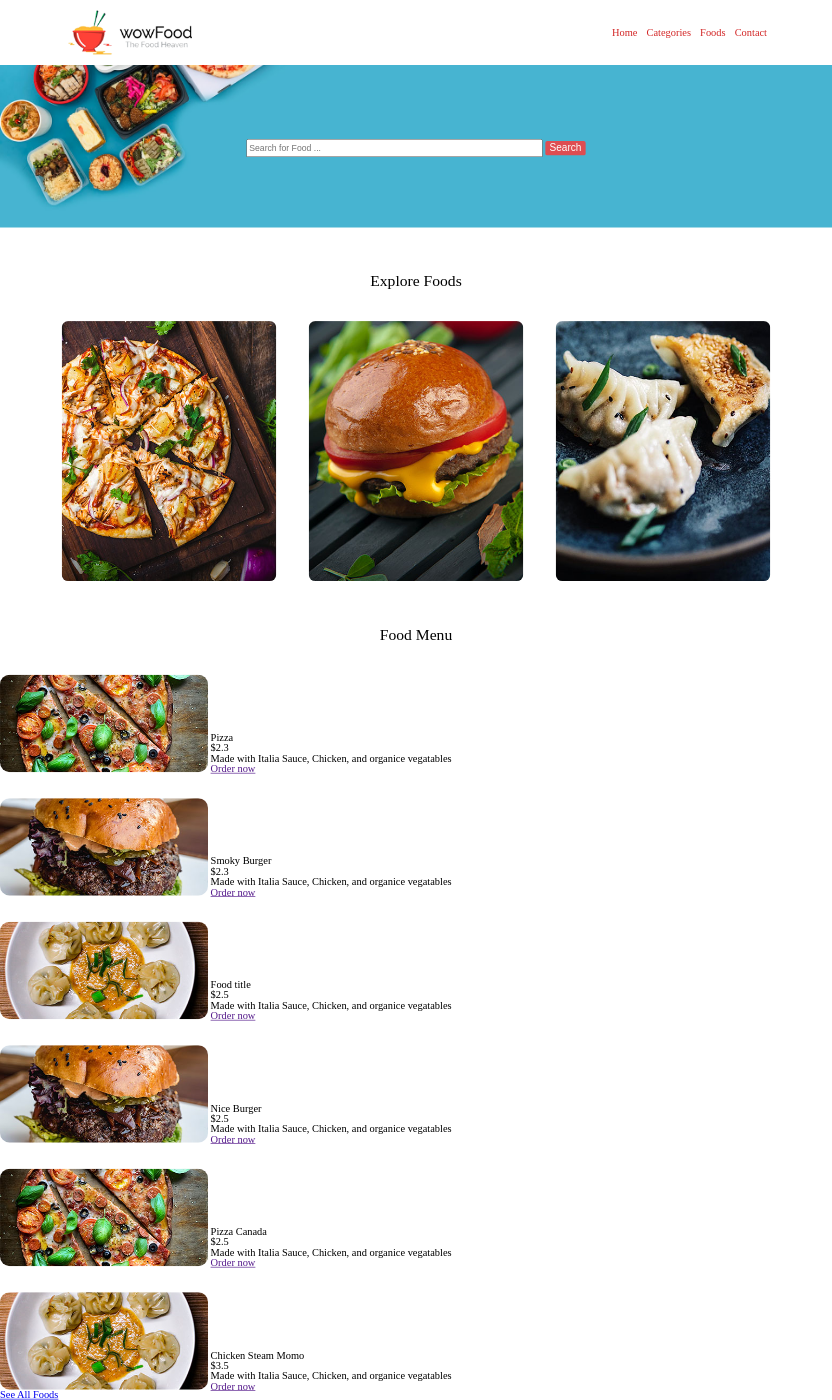
Repository: ruaruababa/WowFood
Page: index.html
An editor plug-in stored every save of this project. The page is shown before and after the next save, followed by the edit.
The browser window is 1280 px wide. The pictures show the whole page, at 65% of full size.

Above is the page before, as saved 2021-09-18 00:23:48.

After the next save:
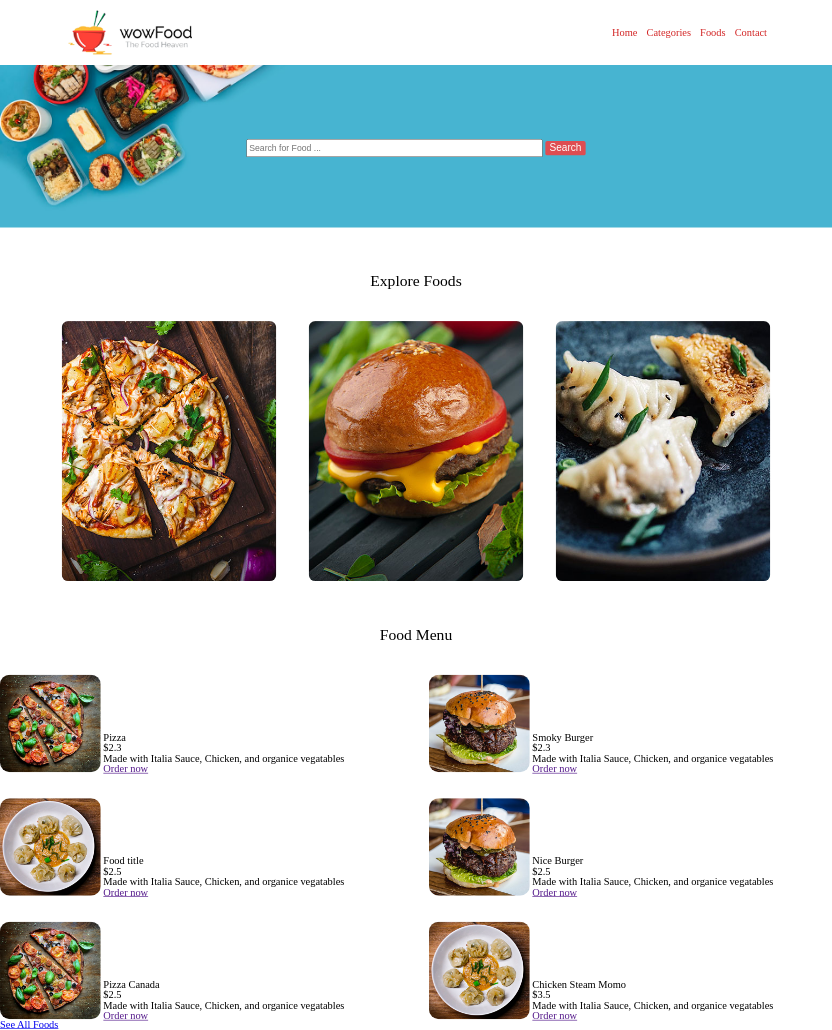
Saved 5 s later.
--- a/style.css
+++ b/style.css
@@ -118,7 +118,7 @@ section {
     padding-top: 50px;
     display: grid;
     grid-gap: 40px;
-    grid-template-columns: repeat(auto-fit, minmax(650px, 1fr));
+    grid-template-columns: repeat(auto-fit, minmax(550px, 1fr));
     grid-auto-rows: 150px;
 }
 .container-item img{
